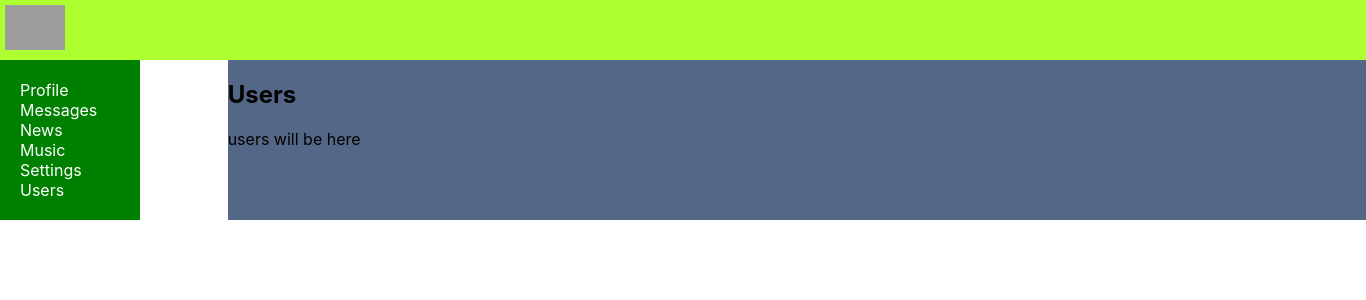
Repository: AndreyMykulych/FirstProject
Page: /users
An editor plug-in stored every save of this project. The page is shown before and after the next save, followed by the edit.
The browser window is 1280 px wide. The page is 1366 px wide, so the pictures cover 1366 px, including what lies to the right of the window. The pictures show the whole page.
Pictures or frames that could not be fetched are drawn as grey boxes. The project was rebuilt for these pictures with package versions that can differ from the ones it lists, and the page was loaded fresh each time. Also part of the build but not shown: src/components/Profile/MyPosts/MyPosts.module.css, src/components/Profile/MyPosts/Post/Post.module.css, src/components/Profile/MyPosts/Post/Post.jsx, src/components/Profile/MyPosts/MyPosts.jsx, src/components/Profile/MyPosts/MyPostsContainer.jsx, src/components/Profile/ProfileInfo/ProfileInfo.module.css, src/components/Profile/ProfileInfo/ProfileInfo.jsx, src/components/Profile/Profile.jsx and 4 more.

Above is the page before, as saved 2022-06-27 14:53:23.

After the next save:
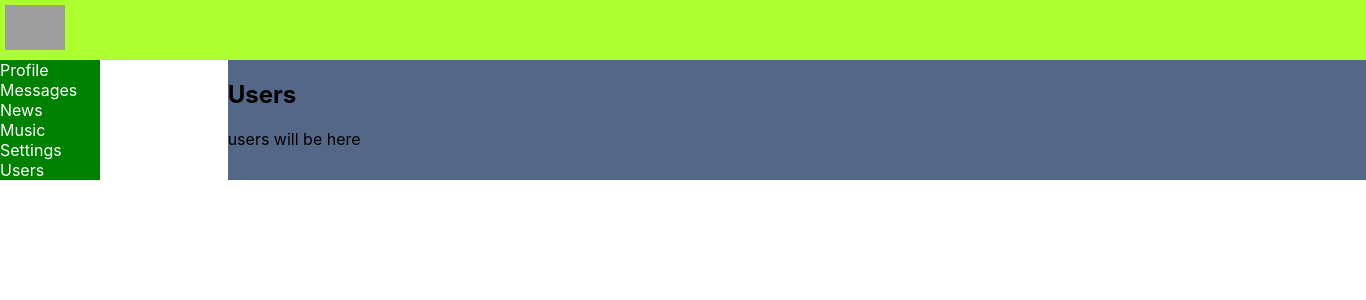
Saved 20 s later.
--- a/src/components/Navbar/Navbar.module.css
+++ b/src/components/Navbar/Navbar.module.css
@@ -1,7 +1,7 @@
 .nav {
 
    background-color: Green;
-   padding: 20px;
+ /*   padding: 20px; */
    width :100px
  }
 

After the save that followed:
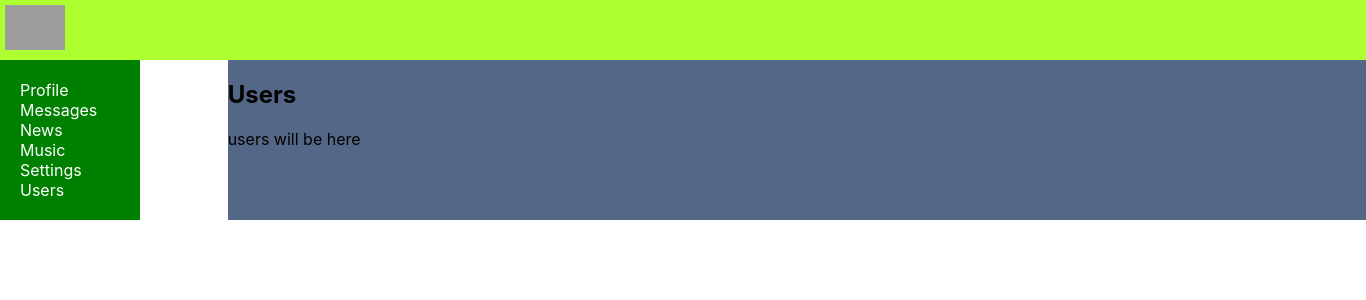
Saved 5 s later.
--- a/src/components/Navbar/Navbar.module.css
+++ b/src/components/Navbar/Navbar.module.css
@@ -1,7 +1,7 @@
 .nav {
 
    background-color: Green;
- /*   padding: 20px; */
+   padding: 20px;
    width :100px
  }
 
